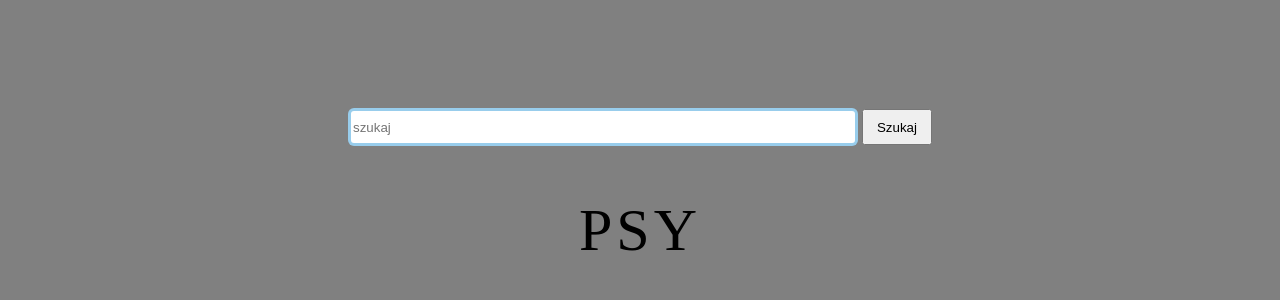
Repository: kq333/wyszukiarka-filmowa
Page: index.html
An editor plug-in stored every save of this project. The page is shown before and after the next save, followed by the edit.
The browser window is 1280 px wide. The pictures show the whole page.
The style sheet was rebuilt from its Sass, Less or Tailwind sources for each picture, by a compiler version that may differ from the author's.

Above is the page before, as saved 2021-01-20 12:55:18.

After the next save:
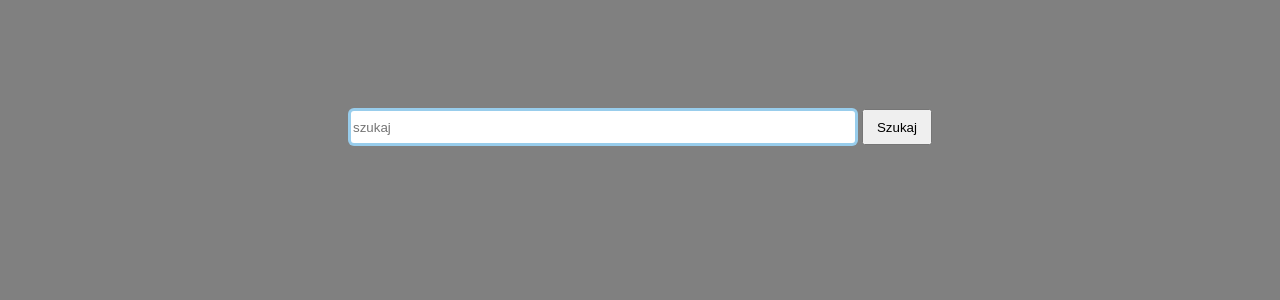
Saved 41 s later.
--- a/index.html
+++ b/index.html
@@ -26,7 +26,7 @@
                         <button id="btn">Szukaj</button>
                     </div>
 
-                        <div class="movieTitle">psy</div>
+                        <div class="movieTitle"></div>
 
                             <div class="mainContent">
                                 <div class="leftSide">
